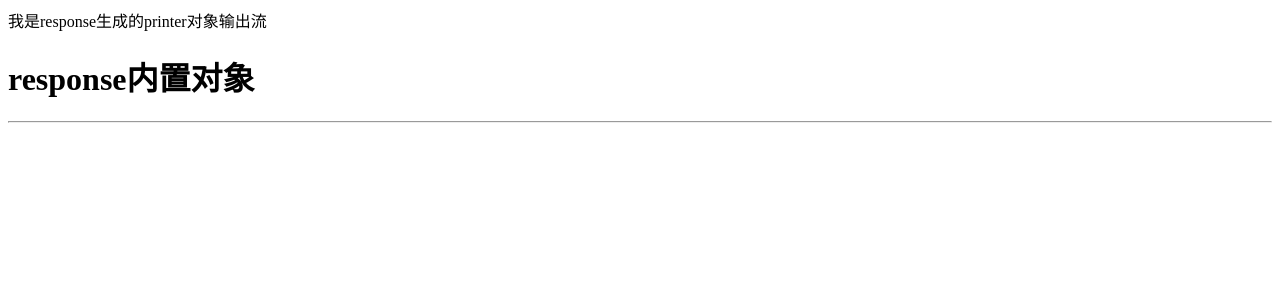
Repository: LauJoeng/JavaEE
Page: http://localhost/JspBaseElementDemo/response.jsp
An editor plug-in stored every save of this project. The page is shown before and after the next save, followed by the edit.
The browser window is 1280 px wide. The pictures show the whole page.
The page is served by Tomcat 9.

Above is the page before, as saved 2017-11-19 12:59:15.

### JspBaseElementDemo/WebContent/response.jsp
<%@page import="java.io.PrintWriter"%>
<%@ page language="java" contentType="text/html; charset=UTF-8"
    pageEncoding="UTF-8"%>
<!DOCTYPE html PUBLIC "-//W3C//DTD HTML 4.01 Transitional//EN" "http://www.w3.org/TR/html4/loose.dtd">
<%
	response.setContentType("text/html;charset=utf-8");//设置响应的MIME类型
	out.println("<h1>response内置对象</h1>");
	out.println("<hr>");

	PrintWriter outer = response.getWriter();
	outer.println("我是response生成的printer对象输出流");
%>

After the next save:
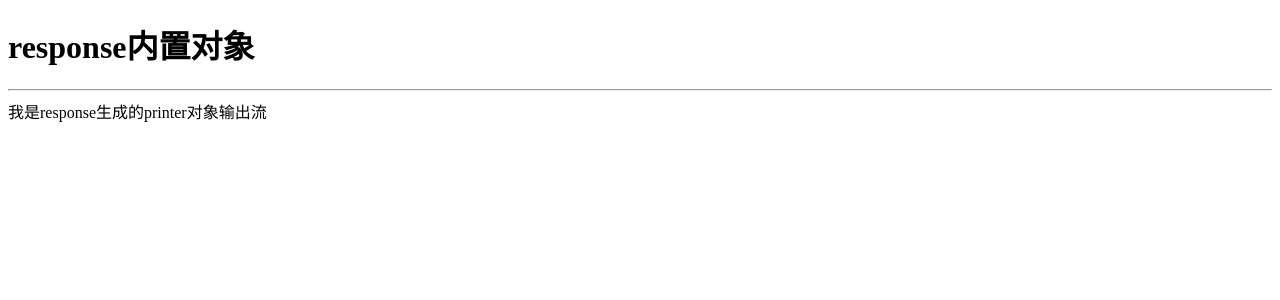
Saved 3 min 34 s later.
--- a/JspBaseElementDemo/WebContent/response.jsp
+++ b/JspBaseElementDemo/WebContent/response.jsp
@@ -3,9 +3,12 @@
     pageEncoding="UTF-8"%>
 <!DOCTYPE html PUBLIC "-//W3C//DTD HTML 4.01 Transitional//EN" "http://www.w3.org/TR/html4/loose.dtd">
 <%
+	/*注意response对象获得的writer对象，向客户端打印的时候总是先于内置的out对象,想解决这个问题可以调用内置out输出流的
+	flush()方法强制将缓冲区的内容打印*/
 	response.setContentType("text/html;charset=utf-8");//设置响应的MIME类型
 	out.println("<h1>response内置对象</h1>");
 	out.println("<hr>");
+	out.flush();
 
 	PrintWriter outer = response.getWriter();
 	outer.println("我是response生成的printer对象输出流");
